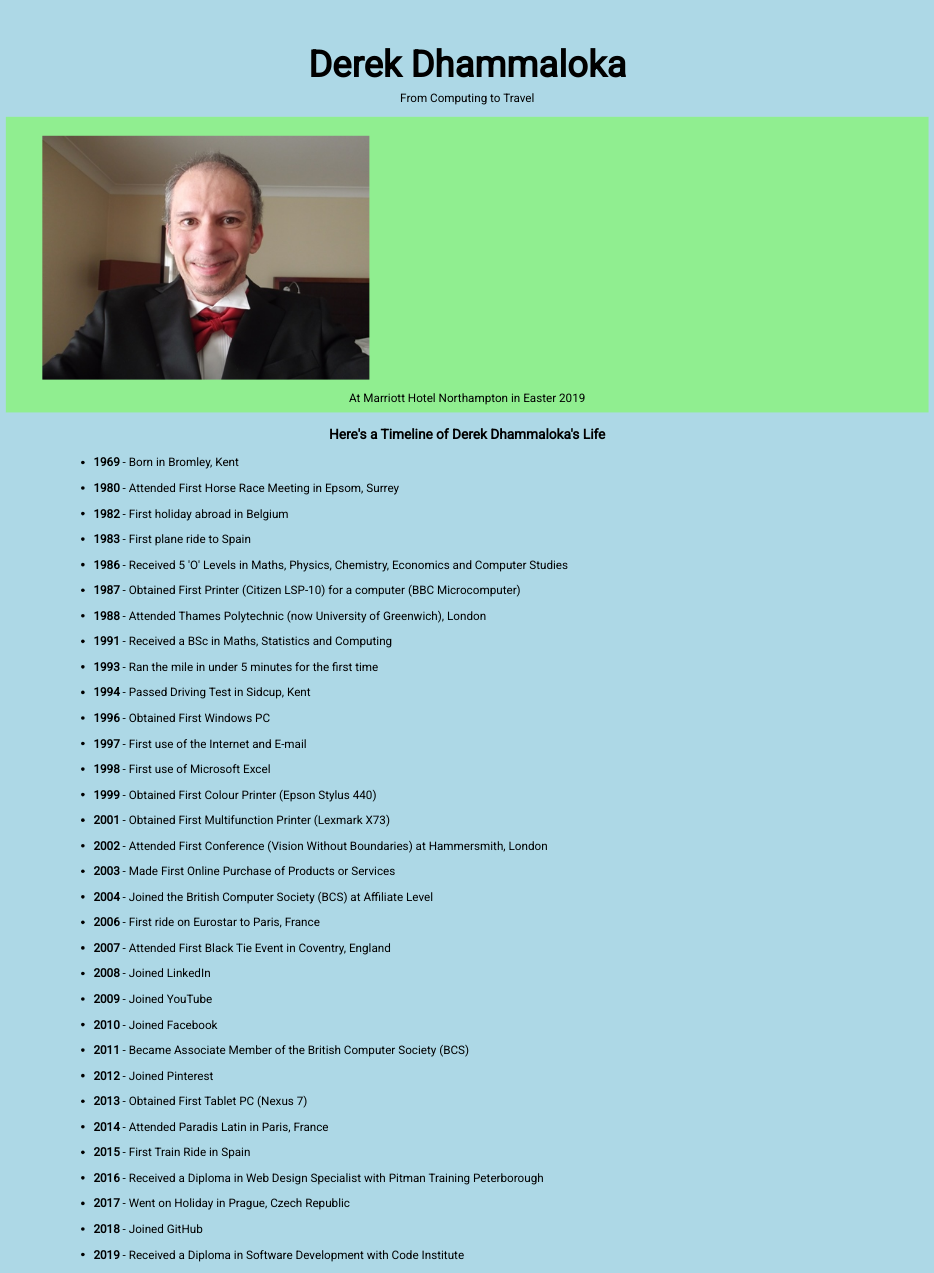
Repository: derektypist/tribute-page
Page: index.html
The author's editor kept a record of every edit. The page is drawn from the files as they stood at one moment, then again after the next edit.
The browser window is 1280 px wide. The pictures show the whole page, at 73% of full size.

Above is the page before.

### index.html
<!DOCTYPE html>
<html lang="en">

<head>
    <meta charset="UTF-8">
    <meta name="viewport" content="width=device-width, initial-scale=1.0">
    <meta http-equiv="X-UA-Compatible" content="ie=edge">
    <title>Derek Dhammaloka Tribute Page</title>
    <!-- Load Style Sheets -->
    <link href="https://fonts.googleapis.com/css?family=Roboto&display=swap" rel="stylesheet">
    <style>
        /* Main Styles */

        #main {
            font-family: "Roboto", Arial, Verdana, sans-serif;
            background-color: lightblue;
            text-align: center;
        }


        /* Title */

        #title {
            font-weight: 700;
            font-size: 50px;
            position: relative;
            top: 25px;
        }


        /* Images */

        #img-div {
            background-color: lightgreen;
            padding: 10px;
        }

        #image {
            max-width: 100%;
            display: block;
            height: auto;
        }

        #img-caption {
            position: relative;
            top: 15px;
        }

        /* Tribute Info */

        #tribute-info {
            text-align: left;
            margin-left: 80px;
        }
    </style>
</head>

<body id="main">
    <!-- Set Header Element -->
    <header>
        <h1 id="title">Derek Dhammaloka</h1>
        <p>From Computing to Travel</p>
    </header>

    <!-- Set Main Element -->
    <main>

        <!-- Display Image with its Caption -->
        <div id="img-div">

            <figure>
                <img src="derek.JPG" id="image" title="At Marriott Hotel Northampton in Easter 2019" alt="At Marriott Hotel Northampton in Easter 2019">
                <figcaption id="img-caption">At Marriott Hotel Northampton in Easter 2019</figcaption>
            </figure>
        </div>
        <section>
            <h3>Here's a Timeline of Derek Dhammaloka's Life</h3>
            <!-- Display Tribute Information -->
            <article id="tribute-info">
                <!-- Display Information for 1969 -->
                <ul>
                    <li><strong>1969 </strong>- Born in Bromley, Kent</li>
                </ul>

                <!-- Display Information for 1980 -->
                <ul>
                    <li><strong>1980 </strong>- Attended First Horse Race Meeting in Epsom, Surrey</li>
                </ul>

                <!-- Display Information for 1982 -->
                <ul>
                    <li><strong>1982 </strong>- First holiday abroad in Belgium</li>
                </ul>

                <!-- Display Information for 1983 -->
                <ul>
                    <li><strong>1983 </strong>- First plane ride to Spain</li>
                </ul>

                <!-- Display Information for 1986 -->
                <ul>
                    <li><strong>1986 </strong>- Received 5 'O' Levels in Maths, Physics, Chemistry, Economics and Computer Studies</li>
                </ul>

                <!-- Display Information for 1987 -->
                <ul>
                    <li><strong>1987 </strong>- Obtained First Printer (Citizen LSP-10) for a computer (BBC Microcomputer)</li>
                </ul>

                <!-- Display Information for 1988 -->
                <ul>
                    <li><strong>1988 </strong>- Attended Thames Polytechnic (now University of Greenwich), London</li>
                </ul>

                <!-- Display Information for 1991 -->
                <ul>
                    <li><strong>1991 </strong>- Received a BSc in Maths, Statistics and Computing</li>
                </ul>

                <!-- Display Information for 1993 -->
                <ul>
                    <li><strong>1993 </strong>- Ran the mile in under 5 minutes for the first time</li>
                </ul>

                <!-- Display Information for 1994 -->
                <ul>
                    <li><strong>1994 </strong>- Passed Driving Test in Sidcup, Kent</li>
                </ul>

                <!-- Display Information for 1996 -->
                <ul>
                    <li><strong>1996 </strong>- Obtained First Windows PC</li>
                </ul>

                <!-- Display Information for 1997 -->
                <ul>
                    <li><strong>1997 </strong>- First use of the Internet and E-mail</li>
                </ul>

                <!-- Display Information for 1998 -->
                <ul>
                    <li><strong>1998 </strong>- First use of Microsoft Excel</li>
                </ul>

                <!-- Display Information for 1999 -->
                <ul>
                    <li><strong>1999 </strong>- Obtained First Colour Printer (Epson Stylus 440)</li>
                </ul>

                <!-- Display Information for 2001 -->
                <ul>
                    <li><strong>2001 </strong>- Obtained First Multifunction Printer (Lexmark X73)</li>
                </ul>

                <!-- Display Information for 2002 -->
                <ul>
                    <li><strong>2002 </strong>- Attended First Conference (Vision Without Boundaries) at Hammersmith, London</li>
                </ul>

                <!-- Display Information for 2003 -->
                <ul>
                    <li><strong>2003 </strong>- Made First Online Purchase of Products or Services</li>
                </ul>

                <!-- Display Information for 2004 -->
                <ul>
                    <li><strong>2004 </strong>- Joined the British Computer Society (BCS) at Affiliate Level</li>
                </ul>

                <!-- Display Information for 2006 -->
                <ul>
                    <li><strong>2006 </strong>- First ride on Eurostar to Paris, France</li>
                </ul>

                <!-- Display Information for 2007 -->
                <ul>
                    <li><strong>2007 </strong>- Attended First Black Tie Event in Coventry, England</li>
                </ul>

                <!-- Display Information for 2008 -->
                <ul>
                    <li><strong>2008 </strong>- Joined LinkedIn</li>
                </ul>

                <!-- Display Information for 2009 -->
                <ul>
                    <li><strong>2009 </strong>- Joined YouTube</li>
                </ul>

                <!-- Display Information for 2010 -->
                <ul>
                    <li><strong>2010 </strong>- Joined Facebook</li>
                </ul>

                <!-- Display Information for 2011 -->
                <ul>
                    <li><strong>2011 </strong>- Became Associate Member of the British Computer Society (BCS)</li>
                </ul>

                <!-- Display Information for 2012 -->
                <ul>
                    <li><strong>2012 </strong>- Joined Pinterest</li>
                </ul>

                <!-- Display Information for 2013 -->
                <ul>
                    <li><strong>2013 </strong>- Obtained First Tablet PC (Nexus 7)</li>
                </ul>

                <!-- Display Information for 2014 -->
                <ul>
                    <li><strong>2014 </strong>- Attended Paradis Latin in Paris, France</li>
                </ul>

                <!-- Display Information for 2015 -->
                <ul>
                    <li><strong>2015 </strong>- First Train Ride in Spain</li>
                </ul>

                <!-- Display Information for 2016 -->
                <ul>
                    <li><strong>2016 </strong>- Received a Diploma in Web Design Specialist with Pitman Training Peterborough</li>
                </ul>

                <!-- Display Information for 2017 -->
                <ul>
                    <li><strong>2017 </strong>- Went on Holiday in Prague, Czech Republic</li>
                </ul>

                <!-- Display Information for 2018 -->
                <ul>
                    <li><strong>2018 </strong>- Joined GitHub</li>
                </ul>

                <!-- Display Information for 2019 -->
                <ul>
                    <li><strong>2019 </strong> - Received a Diploma in Software Development with Code Institute</li>
                </ul>

            </article>
        </section>
    </main>
</body>

</html>

After the next edit:
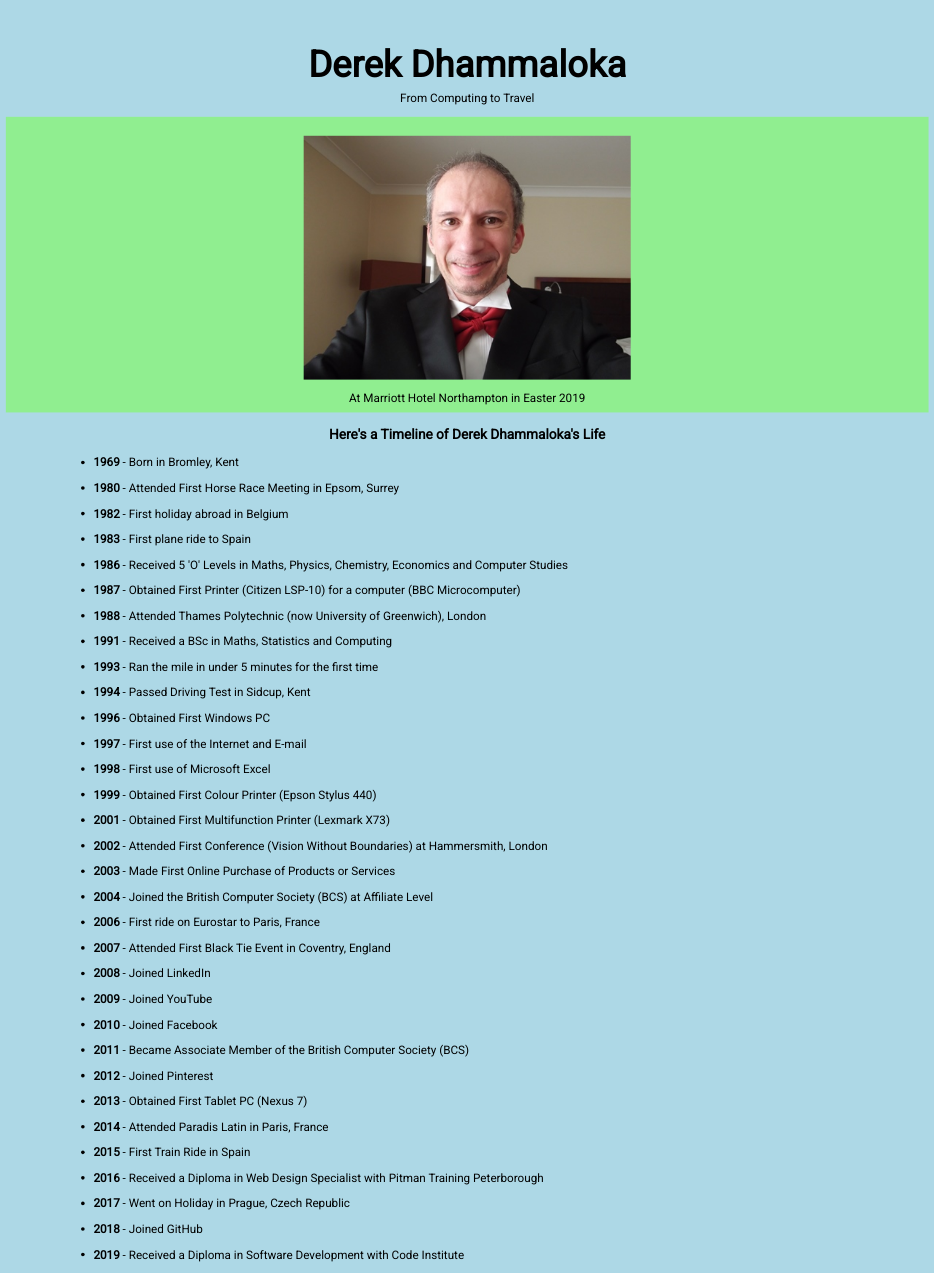
The edit:
--- a/index.html
+++ b/index.html
@@ -38,7 +38,7 @@
         #image {
             max-width: 100%;
             display: block;
-            height: auto;
+            margin: auto;
         }
 
         #img-caption {
